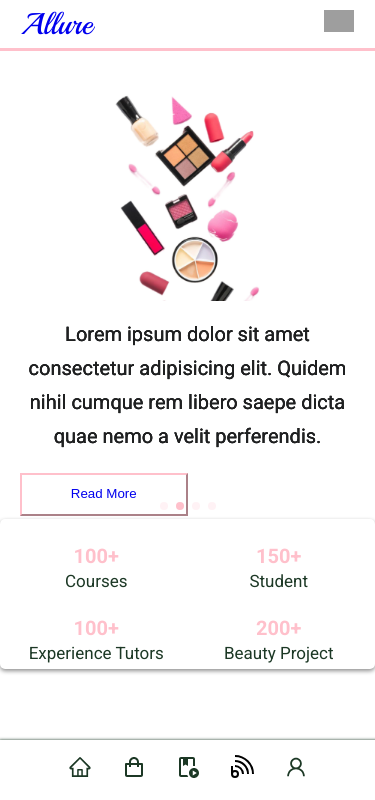
Repository: Benedict-Anthony/Allure-E-commerce-React-Js
Page: /
These files come from the project's save history. The page is drawn as it stood at one moment and after the next save; the edit follows.
The browser window is 375 px wide. The pictures show the whole page.
Pictures or frames that could not be fetched are drawn as grey boxes. The page's requests for data from a server got no answer. The project was rebuilt for these pictures with package versions that can differ from the ones it lists, and the page was loaded fresh each time. No one was signed in, and anything a server would have sent is missing. Also part of the build but not shown: src/App.css, src/css/courses.css, src/shared/Course.tsx, src/shared/Product.tsx, src/pages/Shop.tsx, src/pages/Tutorials.tsx, src/pages/ProductDetail.tsx, src/components/CourseDetails.tsx and 15 more.

Above is the page before, as saved 2023-02-04 03:34:59.

After the next save:
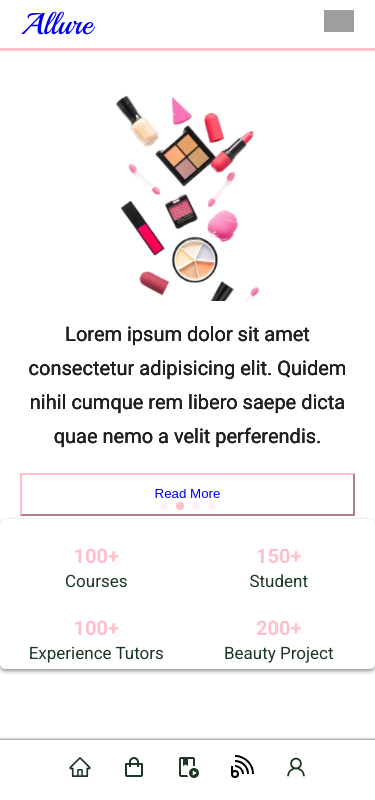
Saved 16 s later.
--- a/src/css/landing.css
+++ b/src/css/landing.css
@@ -69,8 +69,7 @@
 @media(max-width:568px) {
     .hero .landing__page {
         flex-direction: column-reverse;
-        text-align: center;
-        align-items: center;
+
     }
 
     .landing__info p {
@@ -80,7 +79,6 @@
 
     .landing__info button {
         display: inline-block;
-        width: 50%;
     }
 
     .landing__courses {
